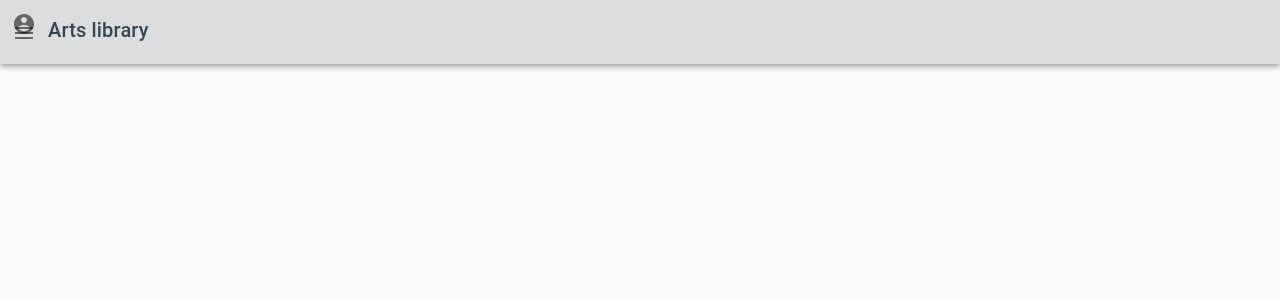
Repository: milosKomiRajkovic94/library-of-known-art
Page: /
These files come from the project's save history. The page is drawn as it stood at one moment and after the next save; the edit follows.
The browser window is 1280 px wide. The pictures show the whole page.
The project was rebuilt for these pictures with package versions that can differ from the ones it lists, and the page was loaded fresh each time.

Above is the page before, as saved 2020-03-05 11:23:08.

### src/index.js
import React from 'react';
import ReactDOM from 'react-dom';
import './scss/index.scss';
import App from './App';
import * as serviceWorker from './serviceWorker';
import { Provider } from 'react-redux';
import configureStore from './store';

const store = configureStore();

ReactDOM.render(
    <Provider
        store={store}
    >
        <App />
    </Provider>,
document.getElementById('root'));

// If you want your app to work offline and load faster, you can change
// unregister() to register() below. Note this comes with some pitfalls.
// Learn more about service workers: https://bit.ly/CRA-PWA
serviceWorker.unregister();

### src/scss/index.scss
@font-face{
    font-family: SourceSansPro-Regular;
    src: url('./SourceSansPro-Regular.otf') format('opentype')
}

html{
    height: 100%;
}

body{
    font-family: SourceSansPro-Regular;
    margin: 0px;
    height: 100%;
}

#root{
    height: 100%;
    width: 100%;
}

@import 'header';

### src/App.js
import React from 'react';

import  {
  createMuiTheme,
  ThemeProvider
} from '@material-ui/core/styles';

import Toolbar from '@material-ui/core/Toolbar';

import CssBaseline from '@material-ui/core/CssBaseline';

import HeaderContainer from './components/HeaderComponents/HeaderContainer';

class App extends React.Component{

  render(){

    const theme = createMuiTheme({
      typeography: {
        fontFamily: 'SourceSansPro-Regular'
      }
    })

    return(
      <ThemeProvider
        theme={theme}
      >
        <CssBaseline />
        <HeaderContainer />
        <Toolbar />
      </ThemeProvider>
    )
  }

}


export default App;

### src/store.js
import {createStore, applyMiddleware} from 'redux';

import thunk from 'redux-thunk';

import rootReducer from './reducers';

import logger from 'redux-logger';

export default function configureStore(){
    return createStore(
        rootReducer,
        process.env.NODE_ENV === 'production' && window.devToolsExtension ?
        applyMiddleware(thunk)
        :
        applyMiddleware(thunk, logger),
        //window.__REDUX_DEVTOOLS_EXTENSION__ && window.__REDUX_DEVTOOLS_EXTENSION__())
    )
}

### src/scss/_header.scss
.MuiToolbar-root.MuiToolbar-regular.toolbar.MuiToolbar-gutters {
    padding: 0px;
    display: inline-block;
}

header.MuiPaper-root.MuiAppBar-root.MuiAppBar-positionFixed.MuiAppBar-colorPrimary.appBar.mui-fixed.MuiPaper-elevation4 {
    background-color: #DCDDDF;
    color: #36474F;
    display: inline-block;
}

.toolbar h6.MuiTypography-root.MuiTypography-h6.MuiTypography-displayBlock {
    line-height: 3em;
}

.menuHeaderIcons{
    position: absolute;
    left: 0;
    right: 0;
    display: inline-block;
}

### src/components/HeaderComponents/HeaderContainer.js
import React from 'react';

import AppBar from '@material-ui/core/AppBar';

import Toolbar from '@material-ui/core/Toolbar';

import Typography from '@material-ui/core/Typography';

import MenuIcon from '@material-ui/icons/Menu';

import AccountCircleIcon from '@material-ui/icons/AccountCircle';

import IconButton from '@material-ui/core/IconButton';

class HeaderContainer extends React.Component{

    render(){
        return(
            <AppBar
                position={'fixed'}
                className={'appBar'}
            >
                <IconButton

                >
                    <MenuIcon />
                </IconButton>
                <Toolbar
                    className={'toolbar'}
                >
                    <Typography
                        variant={'h6'}
                        display={'block'}
                    >
                        Arts library
                    </Typography>
                </Toolbar>
                <div
                    className={'menuHeaderIcons'}
                >
                    <IconButton>
                        <AccountCircleIcon />
                    </IconButton>
                    <IconButton>

                    </IconButton>
                </div>
            </AppBar>
        )
    }
}

export default HeaderContainer;

### src/reducers/index.js
import{
    combineReducers
} from 'redux';

export default combineReducers({

})

Loaded but not shown: public/index.html (common file); src/serviceWorker.js (common file)

After the next save:
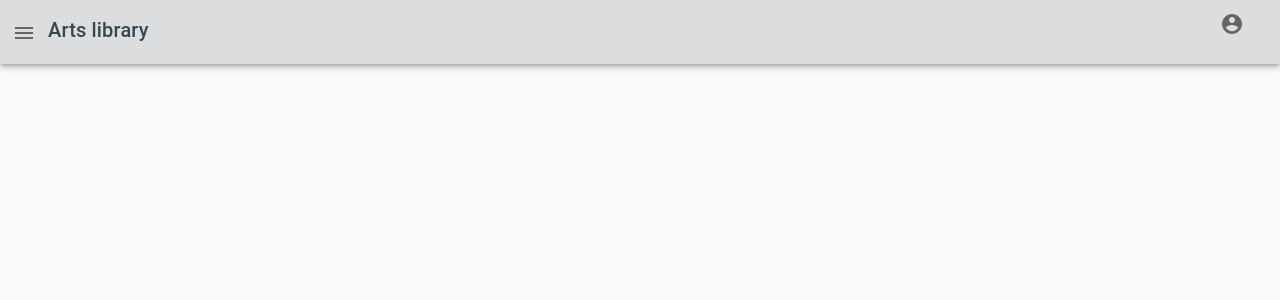
Saved 4 s later.
--- a/src/scss/_header.scss
+++ b/src/scss/_header.scss
@@ -15,7 +15,6 @@ header.MuiPaper-root.MuiAppBar-root.MuiAppBar-positionFixed.MuiAppBar-colorPrima
 
 .menuHeaderIcons{
     position: absolute;
-    left: 0;
     right: 0;
     display: inline-block;
 }
